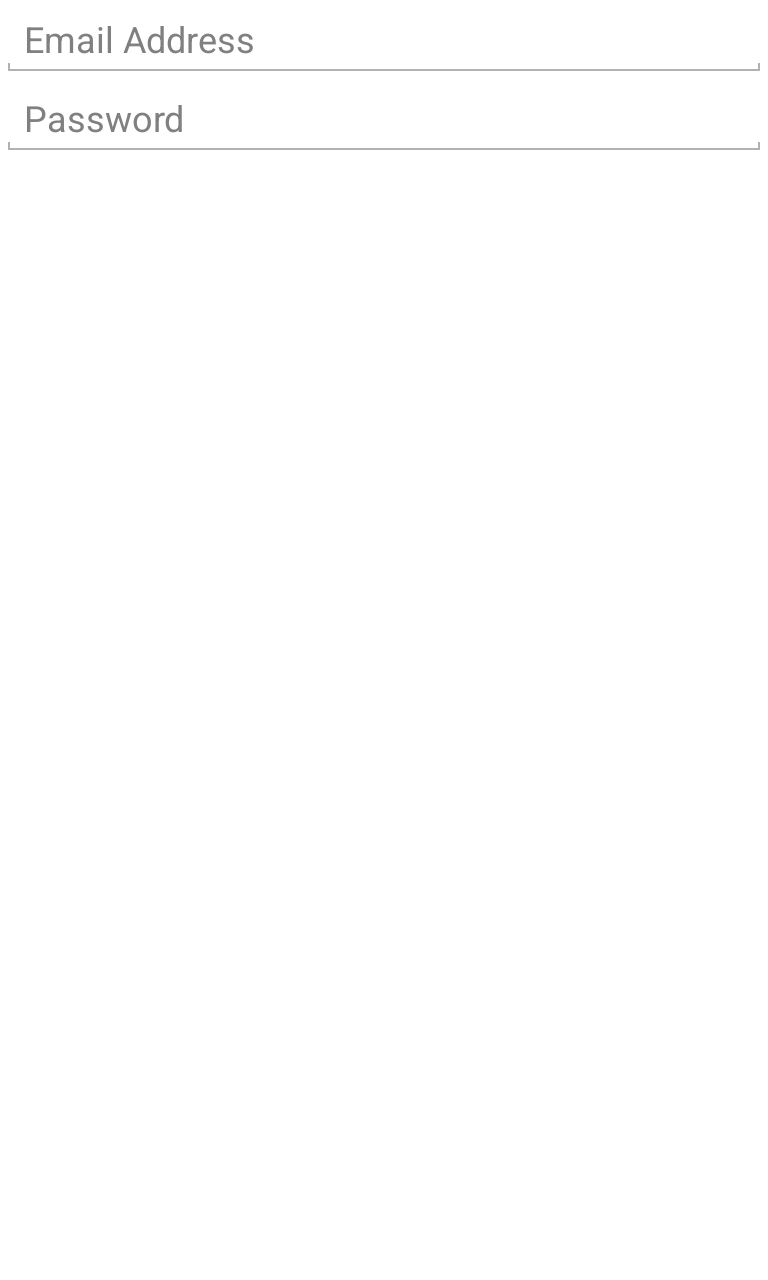
Repository: keiji/farewell-adt-book
Layout: farewell_adt_workspace/library/res/layout/login.xml
An editor plug-in stored every save of this project. The layout is shown before and after a run of saves, followed by the edit.
It is drawn on a 768 x 1280 px phone screen (xhdpi) without system bars, with theme AppTheme; the app's code is not run.

Above is the layout before, as saved 2015-12-08 16:42:59.

After the next 2 saves:
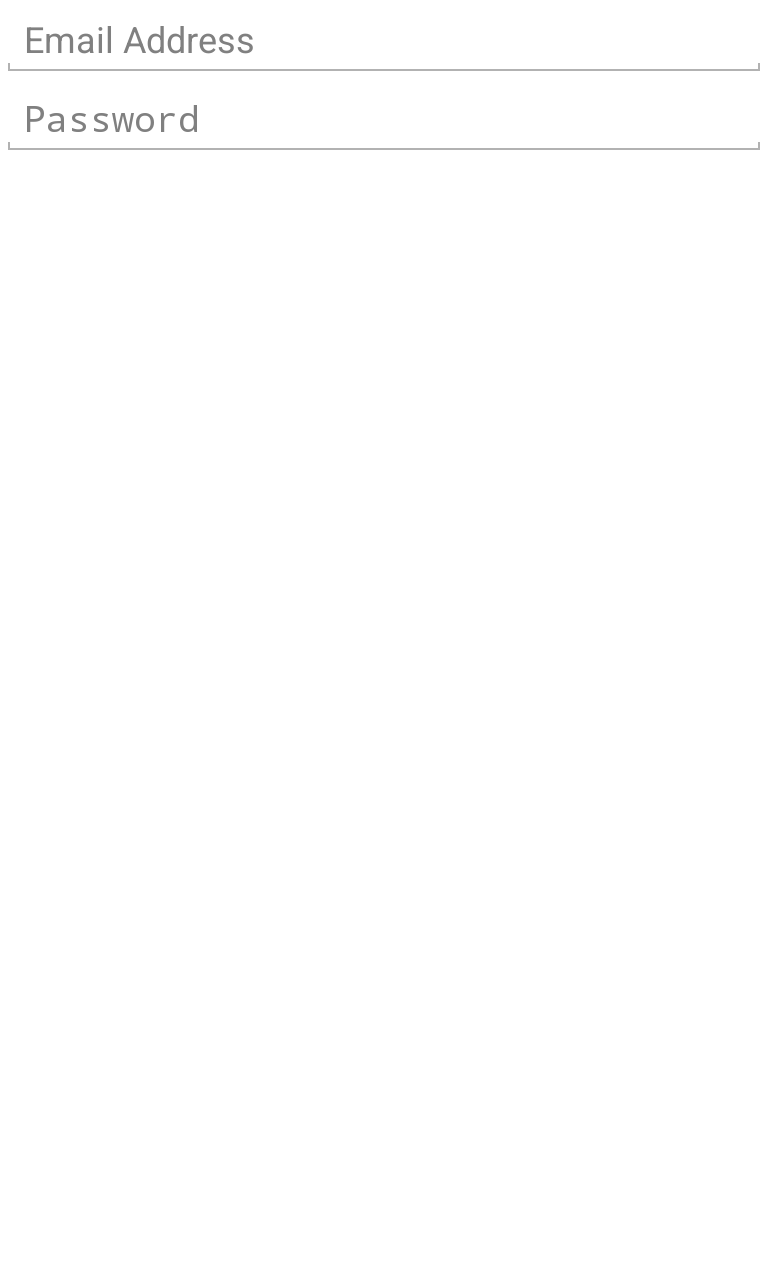
The 2 saves are shown as one change because they came seconds apart.
The last was saved 28 s later.
--- a/farewell_adt_workspace/library/res/layout/login.xml
+++ b/farewell_adt_workspace/library/res/layout/login.xml
@@ -12,7 +12,7 @@
     <EditText
         android:layout_width="match_parent"
         android:layout_height="wrap_content"
-        android:inputType="password"
-        android:hint="Password" />
+        android:hint="Password"
+        android:inputType="textPassword" />
 
 </LinearLayout>
